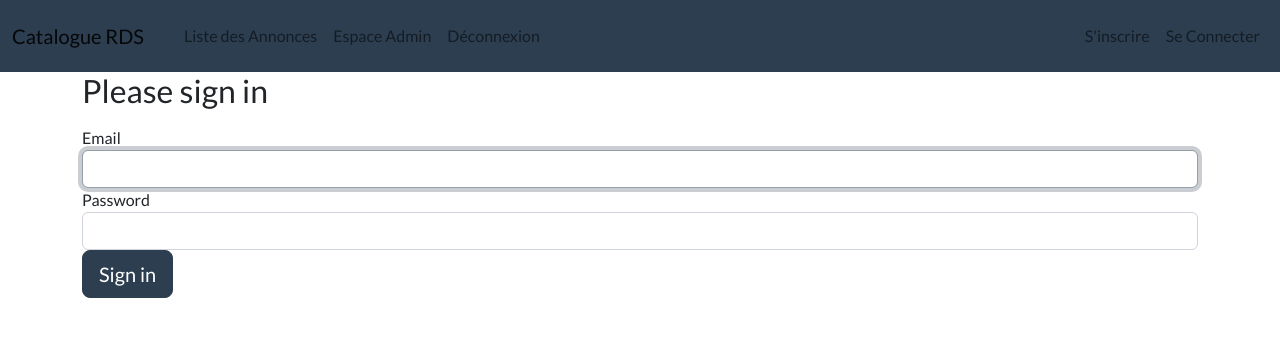
Repository: ahamie71/Catalogue
Page: templates/security/login.html.twig
The author's editor kept a copy of each file at every save. The page is drawn from the files as they stood at one save, then again after the next save.
The browser window is 1280 px wide. The pictures show the whole page.
The page is a Twig template of a Symfony application; nobody is signed in and links lead nowhere. The template is opened directly, without the code that normally fills it, so the values that code supplies are empty.

Above is the page before, as saved 2023-09-11 21:44:46.

After the next save:
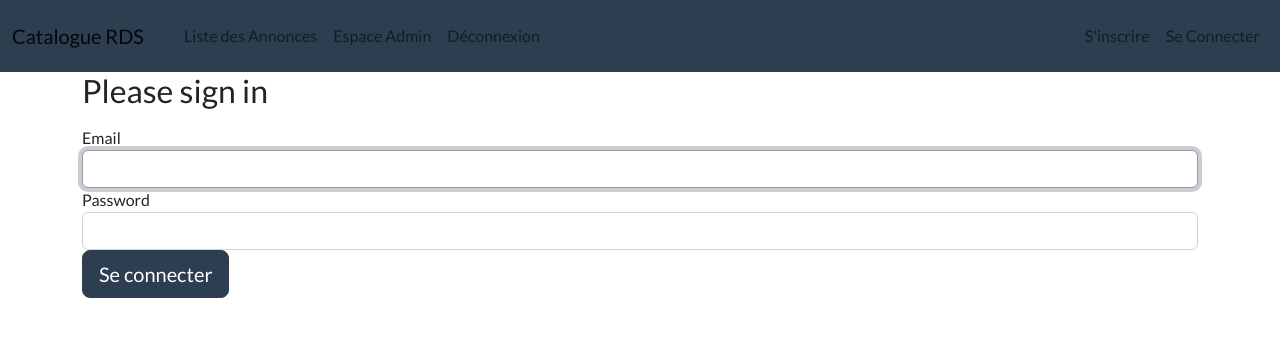
Saved 64 s later.
--- a/templates/security/login.html.twig
+++ b/templates/security/login.html.twig
@@ -25,7 +25,7 @@
     >
 
     <button class="btn btn-lg btn-primary" type="submit">
-        Sign in
+       Se connecter
     </button>
 </form>
 {% endblock %}
